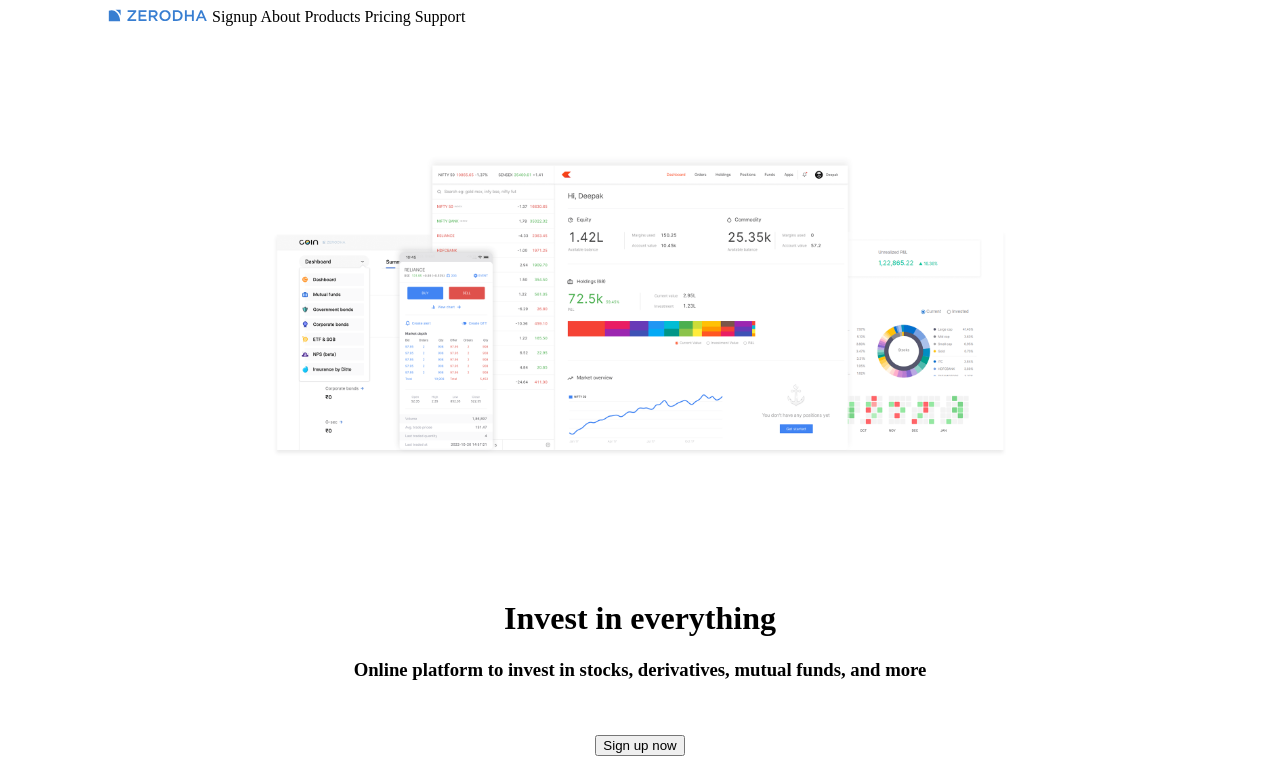
Repository: VISHALGUPTA100803/Harkirat_MERN
Page: zerodha_landing_page week0(html+css)/index.html
These files come from the project's save history. The page is drawn as it stood at one moment and after a run of saves; the edit follows.
The browser window is 1280 px wide. The pictures show the whole page.

Above is the page before, as saved 2023-12-16 17:21:14.

### zerodha_landing_page week0(html+css)/index.html
<div style = "margin-left: 100px;
margin-right: 100px;">
    <img width = "100" src = "logo.svg"> </img>
    <span style="float: ;">Signup </span>

    <span> About </span>
    <span> Products </span>
    <span>Pricing </span>
    <span>Support </span>
</div>
<br> </br>
<br> </br>
<br> </br>
<center>
    <img width = "800" src ="landing.png"> </img>
</center>
<br> </br>
<br> </br>
<br> </br>
<center>
    <h1> Invest in everything </h1>
</center>
<center>
   <h3>
    Online platform to invest in stocks, derivatives, mutual funds, and more
   </h3>
</center>
<br> </br>
<center>
    <button>
        Sign up now
    </button>
</center>

After the next 2 saves:
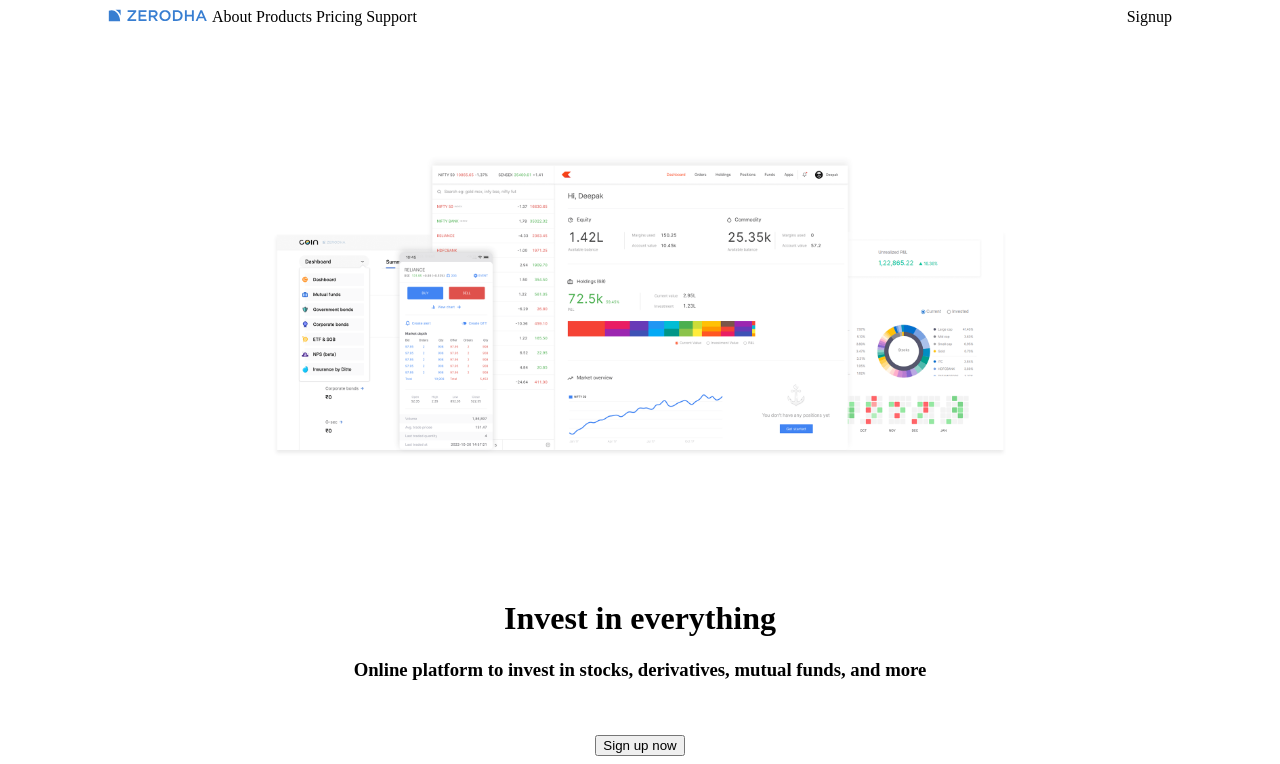
The 2 saves are shown as one change because they came seconds apart.
The last was saved 6 s later.
--- a/zerodha_landing_page week0(html+css)/index.html
+++ b/zerodha_landing_page week0(html+css)/index.html
@@ -1,7 +1,7 @@
 <div style = "margin-left: 100px;
 margin-right: 100px;">
     <img width = "100" src = "logo.svg"> </img>
-    <span style="float: ;">Signup </span>
+    <span style="float: right;">Signup </span>
 
     <span> About </span>
     <span> Products </span>

After the save that followed:
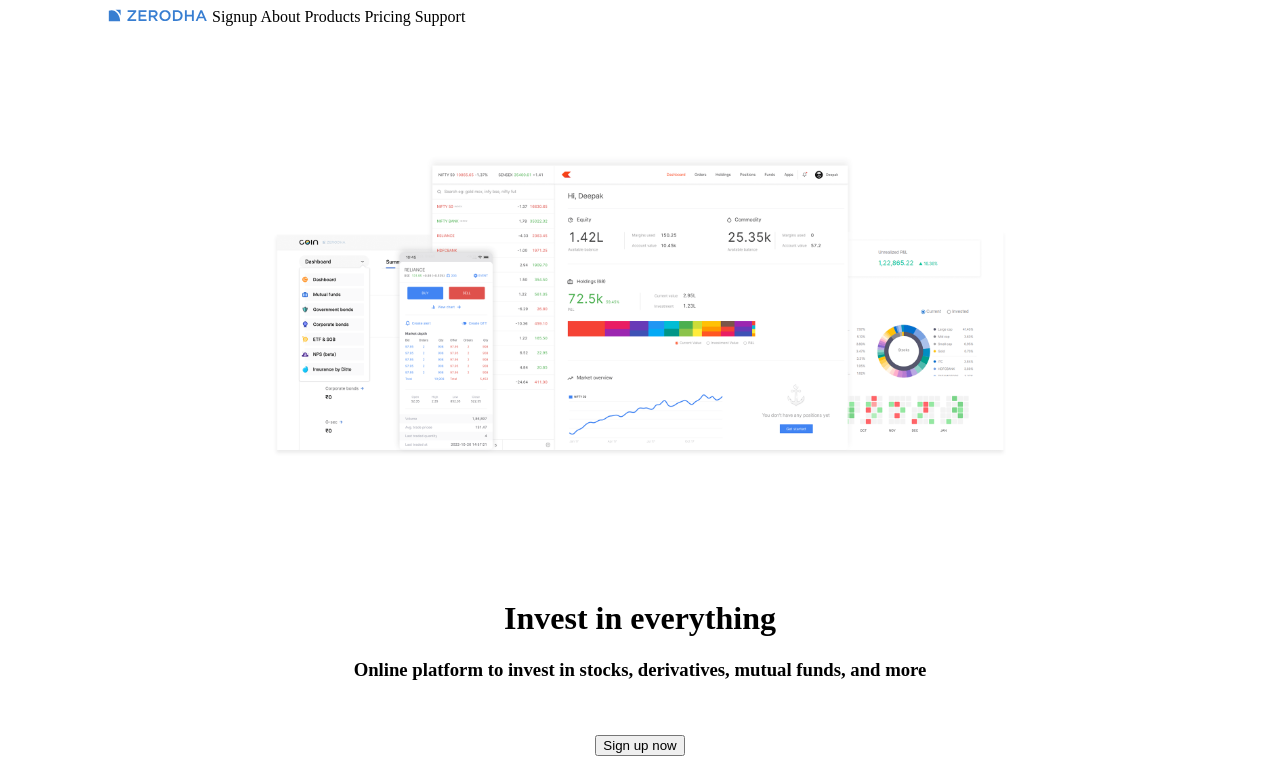
Saved 8 min 31 s later.
--- a/zerodha_landing_page week0(html+css)/index.html
+++ b/zerodha_landing_page week0(html+css)/index.html
@@ -1,7 +1,7 @@
 <div style = "margin-left: 100px;
 margin-right: 100px;">
     <img width = "100" src = "logo.svg"> </img>
-    <span style="float: right;">Signup </span>
+    <span style="float: ri">Signup </span>
 
     <span> About </span>
     <span> Products </span>
